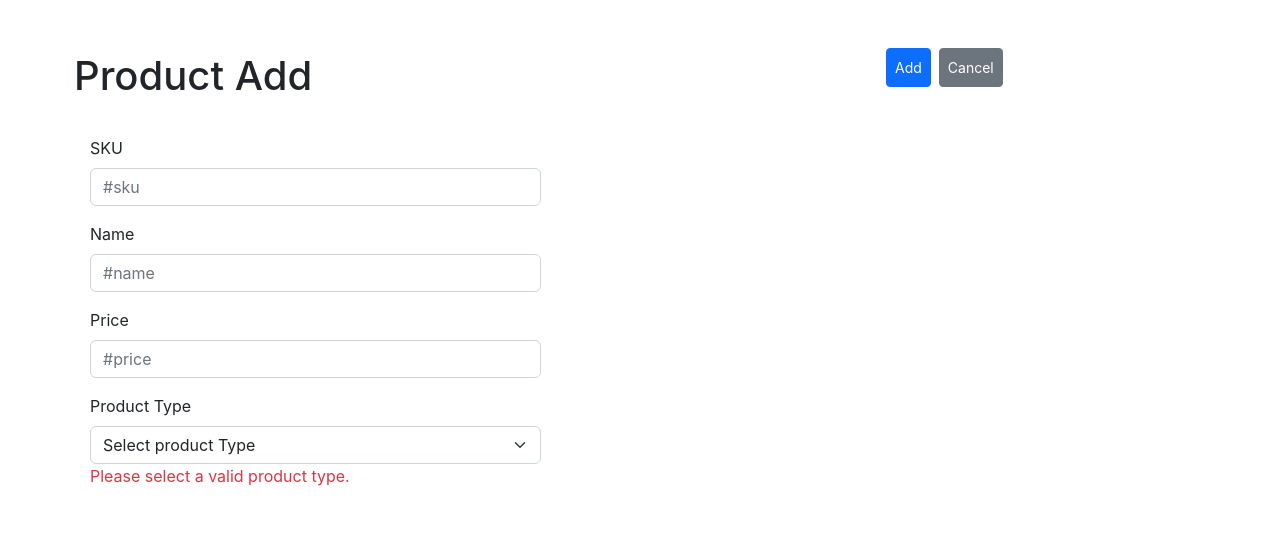
Repository: MagdyAbouelnasr/scandiweb_project
Page: /addproduct
These files come from the project's save history. The page is drawn as it stood at one moment and after the next save; the edit follows.
The browser window is 1280 px wide. The pictures show the whole page.
The project was rebuilt for these pictures with package versions that can differ from the ones it lists, and the page was loaded fresh each time. Also part of the build but not shown: src/App.css, src/components/Product/Product-style.scss, src/components/Product/Product.css, src/components/Pages/ProductList.jsx, src/components/ProductAdd/Book.component.jsx, src/components/ProductAdd/DVD.component.jsx, src/components/ProductAdd/Furniture.component.jsx, src/App.jsx.

Above is the page before, as saved 2023-05-09 01:30:19.

### public/index.html
<!DOCTYPE html>
<html lang="en">
  <head>
    <meta charset="utf-8" />
    <link rel="icon" href="%PUBLIC_URL%/favicon.ico" />
    <meta name="viewport" content="width=device-width, initial-scale=1" />
    <meta name="theme-color" content="#000000" />
    <meta
      name="description"
      content="Web site created using create-react-app"
    />
    <link rel="apple-touch-icon" href="%PUBLIC_URL%/logo192.png" />
    <!--
      manifest.json provides metadata used when your web app is installed on a
      user's mobile device or desktop. See https://developers.google.com/web/fundamentals/web-app-manifest/
    -->
    <link rel="manifest" href="%PUBLIC_URL%/manifest.json" />
    <!--
      Notice the use of %PUBLIC_URL% in the tags above.
      It will be replaced with the URL of the `public` folder during the build.
      Only files inside the `public` folder can be referenced from the HTML.

      Unlike "/favicon.ico" or "favicon.ico", "%PUBLIC_URL%/favicon.ico" will
      work correctly both with client-side routing and a non-root public URL.
      Learn how to configure a non-root public URL by running `npm run build`.
    -->
    <title>React App</title>
    <link
  rel="stylesheet"
  href="https://cdn.jsdelivr.net/npm/bootstrap@5.2.3/dist/css/bootstrap.min.css"
  integrity="sha384-rbsA2VBKQhggwzxH7pPCaAqO46MgnOM80zW1RWuH61DGLwZJEdK2Kadq2F9CUG65"
  crossorigin="anonymous"
/>
  </head>
  <body>
    <noscript>You need to enable JavaScript to run this app.</noscript>
    <div id="root"></div>
    <!--
      This HTML file is a template.
      If you open it directly in the browser, you will see an empty page.

      You can add webfonts, meta tags, or analytics to this file.
      The build step will place the bundled scripts into the <body> tag.

      To begin the development, run `npm start` or `yarn start`.
      To create a production bundle, use `npm run build` or `yarn build`.
    -->
  </body>
</html>

### src/index.js
import React from 'react';
import ReactDOM from 'react-dom/client';
import './index.scss';
import App from './App';
import {
  createBrowserRouter,
  RouterProvider,

} from "react-router-dom";
import ProductAdd from './components/Pages/ProductAdd';


const router = createBrowserRouter([
  {
    path: "/",
    element: <App />,
  },
  {
    path: "addproduct",
    element: <ProductAdd />,
  },
]);

const root = ReactDOM.createRoot(document.getElementById('root'));
root.render(
  <RouterProvider router={router} />
);

### src/index.scss
$background-default: #D5D5D5;


body {
  margin: 0;
  font-family: -apple-system, BlinkMacSystemFont, 'Segoe UI', 'Roboto', 'Oxygen',
    'Ubuntu', 'Cantarell', 'Fira Sans', 'Droid Sans', 'Helvetica Neue',
    sans-serif;
  -webkit-font-smoothing: antialiased;
  -moz-osx-font-smoothing: grayscale;
}

code {
  font-family: source-code-pro, Menlo, Monaco, Consolas, 'Courier New',
    monospace;
}

.fade-in {
  opacity: 0;
  transition: opacity 0.3s ease-in-out;
  &.fade-in-active {
    opacity: 1;
  }
}

### src/components/Pages/ProductAdd.jsx
// import { useNavigate } from 'react-router-dom';
// import { useState } from 'react';
// import Form from 'react-bootstrap/Form';
// import SelectProductType from '../ProductAdd/Selectcmp';
// import Button from 'react-bootstrap/Button';
// import axios from 'axios';

// function ProductAdd() {
//   const navigate = useNavigate();

//   const  [inputs , setInputs] = useState({});

//   const handleChange = (e) => {
//     const name = e.target.name;
//     const value = e.target.value;
//     setInputs(values => ({values, [name]: value}))
//   }
//   const handleSubmit = (e) => {
//     e.preventDefault();
//     axios.post('http://localhost:8000/addproduct', inputs).then((response)=>{
//       console.log(response.data);
//       navigate('/');
//     });

//     // console.log(inputs)
//   }



//   return (
//     <Form id="product_form" onSubmit={handleSubmit}>
//     <div className="container mt-5">
//       <div className="row">
//       <h1 className="page-header text-header col-md-8 text-start ">Product Add</h1>
//       <div className='col-4 float-end'>
//         <Button  type="submit" className='p-2 ms-2' variant="primary" size="sm">
//           Add
//         </Button>
//         <Button onClick={()=> navigate(-1)}  className='p-2 ms-2' variant="secondary" size="sm">
//           Cancel
//         </Button>
//       </div>
//       </div>
//     <br/>
//     <div className="row">

//     <div className="col-md-5 mx-2">
//       <Form.Group className="mb-3 mx-left" id="productInputSKU">
//         <Form.Label>SKU</Form.Label>
//         <Form.Control type="text" name="sku" placeholder="#sku" onChange={handleChange} />
//       </Form.Group>
//       <Form.Group className="mb-3" id="productInputName">
//         <Form.Label>Name</Form.Label>
//         <Form.Control type="text" name="name" placeholder="#name" onChange={handleChange} />
//       </Form.Group>
//       <Form.Group className="mb-3" id="productInputPrice">
//         <Form.Label>Price</Form.Label>
//         <Form.Control type="number" name="price" placeholder="#price" onChange={handleChange} />
//       </Form.Group>
//       <Form.Group className="mb-3" id="ProductType">
//       <Form.Label>Product Type</Form.Label>
//         <SelectProductType/>
//       </Form.Group>
//     </div>
//     </div>
//     </div>
//     </Form>
//   );
// }

// export default ProductAdd;
import { useNavigate } from 'react-router-dom';
import { useState } from 'react';
import Form from 'react-bootstrap/Form';
import SelectProductType from '../ProductAdd/Selectcmp';
import Button from 'react-bootstrap/Button';
import axios from 'axios';

function ProductAdd() {
  const navigate = useNavigate();

  const [inputs, setInputs] = useState({});
  const [errors, setErrors] = useState({});

  const handleChange = (e) => {
    console.log(e.target.value);
    console.log(e.target.name);
    const name = e.target.name;
    const value = e.target.value;

    setInputs((values) => ({ ...values, [name]: value }));
    validate()
    };

    // const handleRecievedData = (e) =>{
    //   const name = e.target.name;
    //   const value = e.target.value;
    //   setInputs((values) => ({ ...values, [name]: value }));
    //   console.log(e.name, e.value);
    // }

  // Form validation function
  const validate = () => {
    let newErrors = {};
    if (!inputs.sku) newErrors.sku = 'SKU is required';
    if (inputs.sku && inputs.sku.length > 9) newErrors.sku = 'SKU must be at most 9 characters';
    if (!inputs.name) newErrors.name = 'Name is required';
    if (inputs.price === undefined || inputs.price === '') newErrors.price = 'Price is required';
    if (inputs.price < 0) newErrors.price = 'Price cannot be negative';
    if (!inputs.product_attribute_value) newErrors.ProductType = 'please select a ProductType and provide a value';
    setErrors(newErrors);
    return Object.keys(newErrors).length === 0;
  };

  const handleSubmit = (e) => {
    e.preventDefault();
    if (validate()) {
      axios.post('http://localhost:8000/addproduct', inputs).then((response) => {
        console.log(response.data);
        navigate('/');
      });
    }
  };

  return (
    <Form id="product_form" onSubmit={handleSubmit}>
      <div className="container  mt-5">
        <div className="row">
          <h1 className="page-header text-header col-md-8 text-start p-1">Product Add</h1>
          <div className="col-4 ps-5 ms-0">
            <Button type="submit" className="p-2 ms-2" variant="primary" size="sm">
              Add
            </Button>
            <Button
              onClick={() => navigate(-1)}
              className="p-2 ms-2"
              variant="secondary"
              size="sm"
            >
              Cancel
            </Button>
          </div>
        </div>
        <br />
        <div className="row">
          <div className="col-md-5 mx-2">
            <Form.Group className="mb-3 mx-left" id="productInputSKU">
              <Form.Label>SKU</Form.Label>
              <Form.Control
                type="text"
                name="sku"
                maxLength="9"
                placeholder="#sku"
                onChange={handleChange}
                required
              />
              {errors.sku && <Form.Text className="text-danger">{errors.sku}</Form.Text>}
            </Form.Group>
            <Form.Group className="mb-3" id="productInputName">
              <Form.Label>Name</Form.Label>
              <Form.Control
                type="text"
                name="name"
                placeholder="#name"
                onChange={handleChange}
                required
              />
              {errors.name && <Form.Text className="text-danger">{errors.name}</Form.Text>}
            </Form.Group>
            <Form.Group className="mb-3" id="productInputPrice">
              <Form.Label>Price</Form.Label>
              <Form.Control
                type="number"
                name="price"
                step="0.01"
                min="0"
                placeholder="#price"
                onChange={handleChange}
                required
              />
              {errors.price && <Form.Text className="text-danger">{errors.price}</Form.Text>}
            </Form.Group>
            <Form.Group className="mb-3" id="ProductType">
              <Form.Label>Product Type</Form.Label>
              <SelectProductType onChange={handleChange}
                required
                name="ProductType"/>
              {errors.ProductType && <Form.Text className="text-danger">{errors.ProductType}</Form.Text>}

            </Form.Group >
          </div>
        </div>
      </div>
    </Form>
  );
}

export default ProductAdd;

### src/components/ProductAdd/Selectcmp.jsx
import React, { useState, useEffect } from "react";
import Form from "react-bootstrap/Form";
import BookComponent from "./Book.component";
import DVDComponent from "./DVD.component";
import FurnitureComponent from "./Furniture.component";

const SelectProductType = (props) => {


  const [type, setType] = useState("selectProductType");
  const [DVDVisible, setDVDVisibility] = useState(false);
  const [bookVisible, setBookVisibility] = useState(false);
  const [FurnitureVisible, setFurnitureVisibility] = useState(false);
  const [isValid, setIsValid] = useState(false);

  const getData = (e) => {
    props.onChange(e);
  };

  useEffect(() => {
    if (["DVD", "Book", "Furniture"].includes(type)) {
      setIsValid(true);
    } else {
      setIsValid(false);
    }
    setDVDVisibility(type === "DVD");
    setBookVisibility(type === "Book");
    setFurnitureVisibility(type === "Furniture");
  }, [type]);

  const handleOnChange = (e) => {
    setType(e.target.value);
    props.onChange(e);
  };

  const [weightData, setWeightData] = useState({});

  const handleWeightChange = (data) => {
    // setWeightData(data);
    // console.log(weightData, 'weight data');
    getData(data);
  };

  return (
    <>
      <Form.Group className="mb-3" id="productInputName">
        <Form.Select
          aria-label="select product type"
          value={type}
          onChange={handleOnChange}
          required
          name="product_type"
        >
          <option value="selectProductType">Select product Type</option>
          <option value="DVD">DVD</option>
          <option value="Book">Book</option>
          <option value="Furniture">Furniture</option>
        </Form.Select>
        {!isValid && (
          <p className="text-danger">
            Please select a valid product type.
          </p>
        )}
        <div>
          {bookVisible && <BookComponent onWeightChange={handleWeightChange} onChange={getData}/>}
          {DVDVisible && <DVDComponent />}
          {FurnitureVisible && <FurnitureComponent />}
        </div>
      </Form.Group>
    </>
  );
};

export default SelectProductType;

### src/components/Product/Product.jsx
import './Product-style.scss';
import './Product.css';
import * as React from 'react';
import Box from '@mui/material/Box';
import Card from '@mui/material/Card';
import CardActions from '@mui/material/CardActions';
import CardContent from '@mui/material/CardContent';
import Typography from '@mui/material/Typography';
import IconButton from '@mui/material/IconButton';
import CropSquareIcon from '@mui/icons-material/CropSquare';
import { useState } from 'react';


const bull = (
  <Box
  component="span"
  sx={{ display: 'inline-block', mx: '2px', transform: 'scale(0.8)' }}
  >
    •
  </Box>
);


const ProductCard = ({ id, sku, name, price, product_attribute, typeValue, selectedProducts }) => {
  const selectedProduct = () => {
    selectedProducts(id)
   }
  return (
    <>
      <CardContent>
        <CardActions>
          <IconButton aria-label="select to delete" className="delete-checkbox" onClick={selectedProduct}>
            <CropSquareIcon />
          </IconButton>
        </CardActions>
        <Typography sx={{ fontSize: 14 }} color="text.secondary" gutterBottom>
          SKU: {sku}
        </Typography>
        {bull}
        <Typography wrap="true" sx={{}} variant="h5" component="div" >
          {name}
        </Typography>
        {bull}
        <Typography sx={{ mb: 1.5 }} color="text.secondary">
          Price: {price}$
        </Typography>
        {bull}
        <Typography variant="body2">
          {product_attribute}: {typeValue} {console.log(product_attribute)}
        </Typography>
      </CardContent>
    </>
  );
};

const Product = ({ product , selectedProducts}) => {

  const selectedProductsDelete = (data) => {
    selectedProducts(data);
  }
// console.log(selectedProducts);
  return (
    <Box sx={{m:2, minWidth: 270, maxWidth: 270 }}>
      <Card variant="outlined">
        <ProductCard selectedProducts={selectedProductsDelete} id={product.id} sku={product.sku} name={product.name} price={product.price} product_attribute={product.product_attribute} typeValue={product.product_attribute_value} />
      </Card>
    </Box>
  );
};

export default Product;

After the next save:
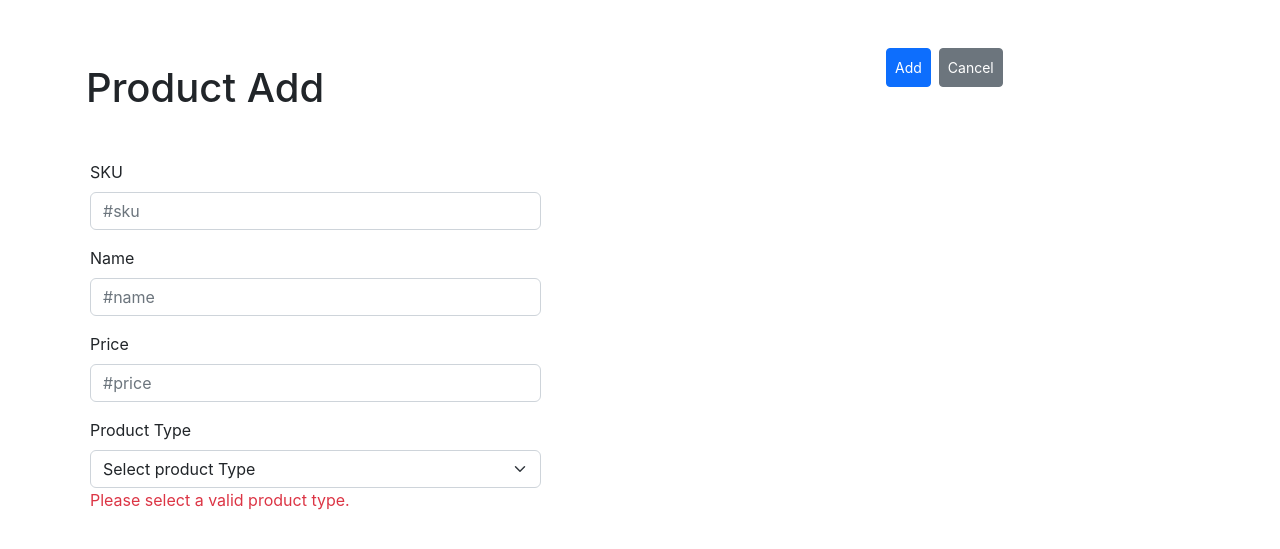
Saved 6 s later.
--- a/src/components/Pages/ProductAdd.jsx
+++ b/src/components/Pages/ProductAdd.jsx
@@ -126,7 +126,7 @@ function ProductAdd() {
     <Form id="product_form" onSubmit={handleSubmit}>
       <div className="container  mt-5">
         <div className="row">
-          <h1 className="page-header text-header col-md-8 text-start p-1">Product Add</h1>
+          <h1 className="page-header text-header col-md-8 text-start p-3">Product Add</h1>
           <div className="col-4 ps-5 ms-0">
             <Button type="submit" className="p-2 ms-2" variant="primary" size="sm">
               Add
